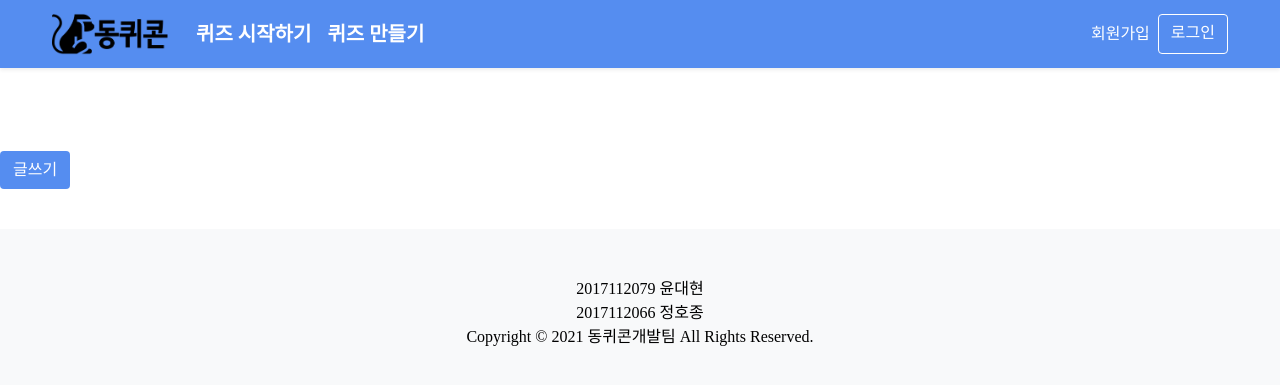
Repository: eogus0512/Quiz_WebProject
Page: http://localhost/Quiz_WebProject/board.jsp
An editor plug-in stored every save of this project. The page is shown before and after the next save, followed by the edit.
The browser window is 1280 px wide. The pictures show the whole page.
Some web fonts or font styles are not loaded; a fallback is used. The page is served by Tomcat 9. Queries for data that is not in the repository find no rows.

Above is the page before, as saved 2021-12-11 10:33:23.

After the next save:
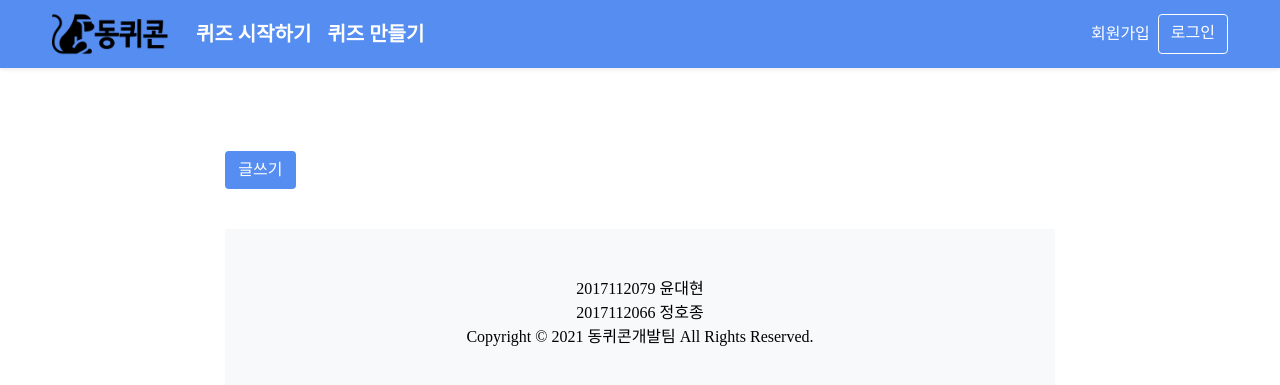
Saved 12 s later.
--- a/Quiz_WebProject/WebContent/board.jsp
+++ b/Quiz_WebProject/WebContent/board.jsp
@@ -71,43 +71,43 @@
 		ArrayList<BoardDTO> list = BoardDAO.getPostList();
 	%>
 
-	<div class="row mb-3">
-		<%
-			for (int i = 0; i < list.size(); i++) {
-		%>
-		<div class="col-md-4">
-	 		<div class="row g-0 border rounded overflow-hidden flex-md-row mb-4 shadow-sm h-md-250 position-relative">
-	   			<div class="col p-4 d-flex flex-column position-static">
-	     			<strong class="d-inline-block mb-2 text-primary"><%=list.get(i).postNum%></strong>
-					<div class="d-flex justify-content-between align-items-center">
-	      				<h3 class="mb-0"><%=list.get(i).header%></h3>
-						<small class="text-muted"><%=list.get(i).nickName%></small>
-	    			</div>
-				<div style="height:100px;">
-					<p class="card-text mb-auto"><%=list.get(i).content%></p>
-				</div>
+<div class="row mb-3">
+	<%
+				for (int i = 0; i < list.size(); i++) {
+	%>
+	<div class="col-md-4">
+ 		<div class="row g-0 border rounded overflow-hidden flex-md-row mb-4 shadow-sm h-md-250 position-relative">
+   			<div class="col p-4 d-flex flex-column position-static">
+     			<strong class="d-inline-block mb-2 text-primary"><%=list.get(i).postNum%></strong>
 				<div class="d-flex justify-content-between align-items-center">
-				<%
-					String nickName= list.get(i).nickName;
-					if(nickName.equals(session.getAttribute("NickName"))) {
-				%>
-					<a href="">삭제</a>
-				<%
-					} else {
-				%>
-					<a style="font-color:white;"></a>
-				<%
-					}
-				%>
-					<small class="text-muted"><%=list.get(i).postedDate%></small>
-				</div>
+      				<h3 class="mb-0"><%=list.get(i).header%></h3>
+					<small class="text-muted"><%=list.get(i).nickName%></small>
+    			</div>
+			<div style="height:100px;">
+				<p class="card-text mb-auto"><%=list.get(i).content%></p>
+			</div>
+			<div class="d-flex justify-content-between align-items-center">
+			<%
+				String nickName= list.get(i).nickName;
+				if(nickName.equals(session.getAttribute("NickName"))) {
+			%>
+				<a href="">삭제</a>
+			<%
+				} else {
+			%>
+				<a style="font-color:white;"></a>
+			<%
+				}
+			%>
+				<small class="text-muted"><%=list.get(i).postedDate%></small>
 			</div>
 		</div>
-		<%
-			}
-		%>
 	</div>
 </div>
+			<%
+			}
+			%>
+			</div>
 	<button type="button"  data-bs-toggle="modal" data-bs-target="#wrtPost" class="btn mb-3" style="background-color:#558DF0; color:white;">글쓰기</button>
 	<div class="modal fade" id="wrtPost" tabindex="-1" aria-labelledby="exampleModalLabel" aria-hidden="true">
     <div class="modal-dialog modal-dialog-centered">

After the save that followed:
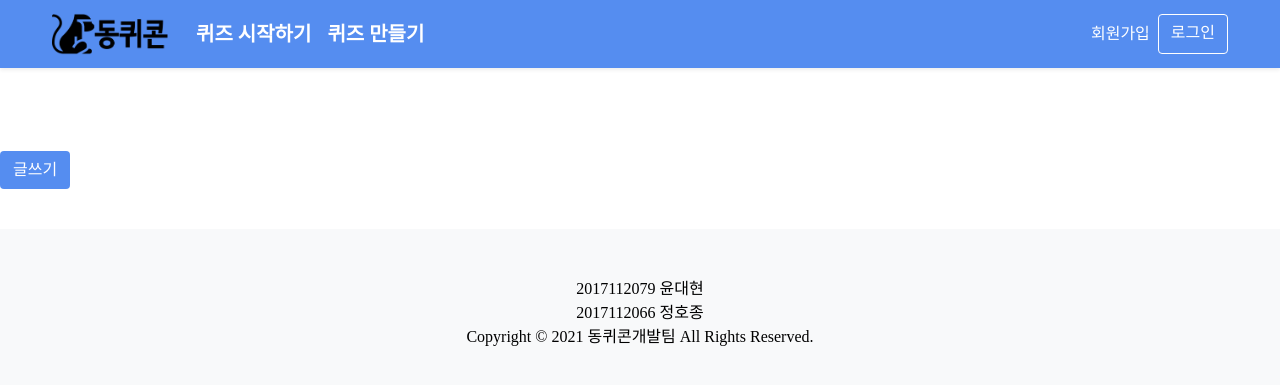
Saved 87 s later.
--- a/Quiz_WebProject/WebContent/board.jsp
+++ b/Quiz_WebProject/WebContent/board.jsp
@@ -71,42 +71,43 @@
 		ArrayList<BoardDTO> list = BoardDAO.getPostList();
 	%>
 
-<div class="row mb-3">
-	<%
-				for (int i = 0; i < list.size(); i++) {
-	%>
-	<div class="col-md-4">
- 		<div class="row g-0 border rounded overflow-hidden flex-md-row mb-4 shadow-sm h-md-250 position-relative">
-   			<div class="col p-4 d-flex flex-column position-static">
-     			<strong class="d-inline-block mb-2 text-primary"><%=list.get(i).postNum%></strong>
+	<div class="row mb-3">
+		<%
+			for (int i = 0; i < list.size(); i++) {
+		%>
+		<div class="col-md-4">
+	 		<div class="row g-0 border rounded overflow-hidden flex-md-row mb-4 shadow-sm h-md-250 position-relative">
+	   			<div class="col p-4 d-flex flex-column position-static">
+	     			<strong class="d-inline-block mb-2 text-primary"><%=list.get(i).postNum%></strong>
+					<div class="d-flex justify-content-between align-items-center">
+	      				<h3 class="mb-0"><%=list.get(i).header%></h3>
+						<small class="text-muted"><%=list.get(i).nickName%></small>
+	    			</div>
+				<div style="height:100px;">
+					<p class="card-text mb-auto"><%=list.get(i).content%></p>
+				</div>
 				<div class="d-flex justify-content-between align-items-center">
-      				<h3 class="mb-0"><%=list.get(i).header%></h3>
-					<small class="text-muted"><%=list.get(i).nickName%></small>
-    			</div>
-			<div style="height:100px;">
-				<p class="card-text mb-auto"><%=list.get(i).content%></p>
-			</div>
-			<div class="d-flex justify-content-between align-items-center">
-			<%
-				String nickName= list.get(i).nickName;
-				if(nickName.equals(session.getAttribute("NickName"))) {
-			%>
-				<a href="">삭제</a>
-			<%
-				} else {
-			%>
-				<a style="font-color:white;"></a>
-			<%
-				}
-			%>
-				<small class="text-muted"><%=list.get(i).postedDate%></small>
+				<%
+					String nickName= list.get(i).nickName;
+					if(nickName.equals(session.getAttribute("NickName"))) {
+				%>
+					<a href="">삭제</a>
+				<%
+					} else {
+				%>
+					<a style="font-color:white;"></a>
+				<%
+					}
+				%>
+					<small class="text-muted"><%=list.get(i).postedDate%></small>
+				</div>
 			</div>
 		</div>
+		<%
+			}
+		%>
 	</div>
-</div>
-			<%
-			}
-			%>
+
 			</div>
 	<button type="button"  data-bs-toggle="modal" data-bs-target="#wrtPost" class="btn mb-3" style="background-color:#558DF0; color:white;">글쓰기</button>
 	<div class="modal fade" id="wrtPost" tabindex="-1" aria-labelledby="exampleModalLabel" aria-hidden="true">
